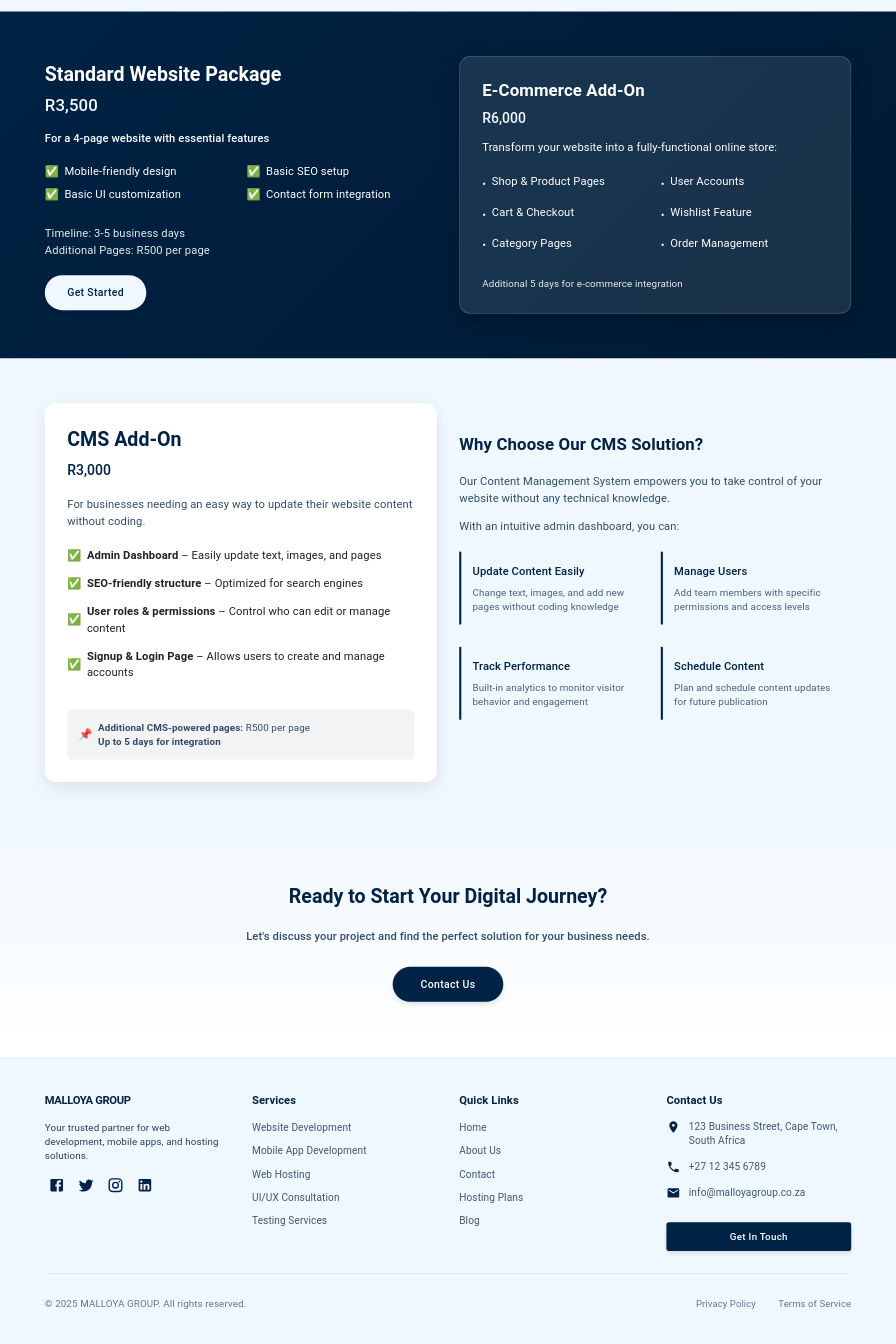
Repository: SbuKhoza/malloyagroup
Page: /
An editor plug-in stored every save of this project. The page is shown before and after the next save, followed by the edit.
The browser window is 1280 px wide. The pictures show the part of the page from y = 2623 to 4543 px (the page is 4543 px tall), at 70% of full size.
The project was rebuilt for these pictures with package versions that can differ from the ones it lists, and the page was loaded fresh each time. Also part of the build but not shown: vite.config.js, src/pages/Hosting.jsx, src/pages/Services.jsx, src/pages/About.jsx, src/pages/Contact.jsx.

Above is the page before, as saved 2025-03-24 08:41:17.

After the next save:
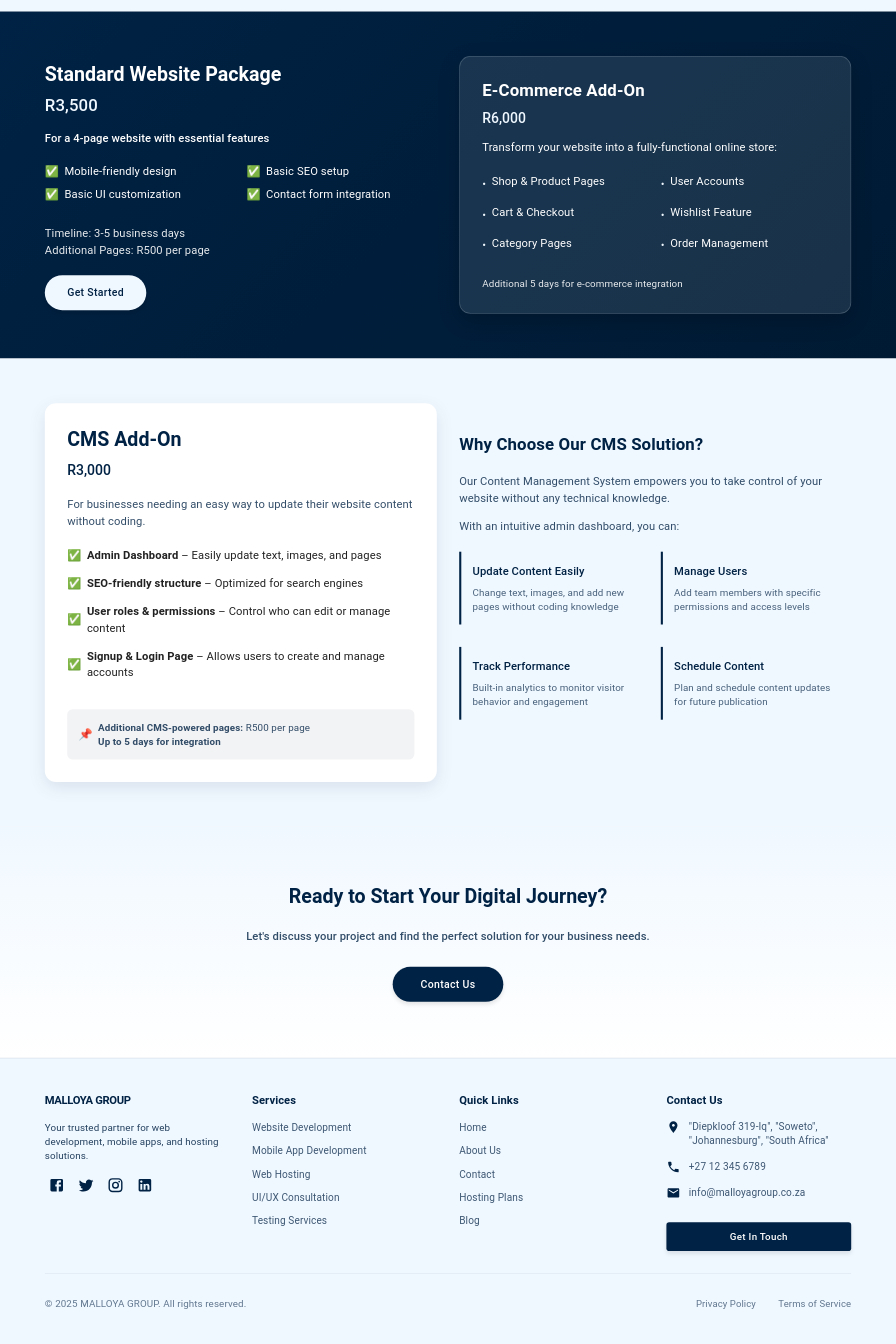
Saved 29 min 18 s later.
--- a/src/components/Footer.jsx
+++ b/src/components/Footer.jsx
@@ -217,7 +217,10 @@
                   fontSize: '0.9rem'
                 }}
               >
-                123 Business Street, Cape Town, South Africa
+                "Diepkloof 319-Iq",
+        "Soweto",
+        "Johannesburg",
+        "South Africa"
               </Typography>
             </Box>
             <Box sx={{ display: 'flex', mb: 2 }}>
